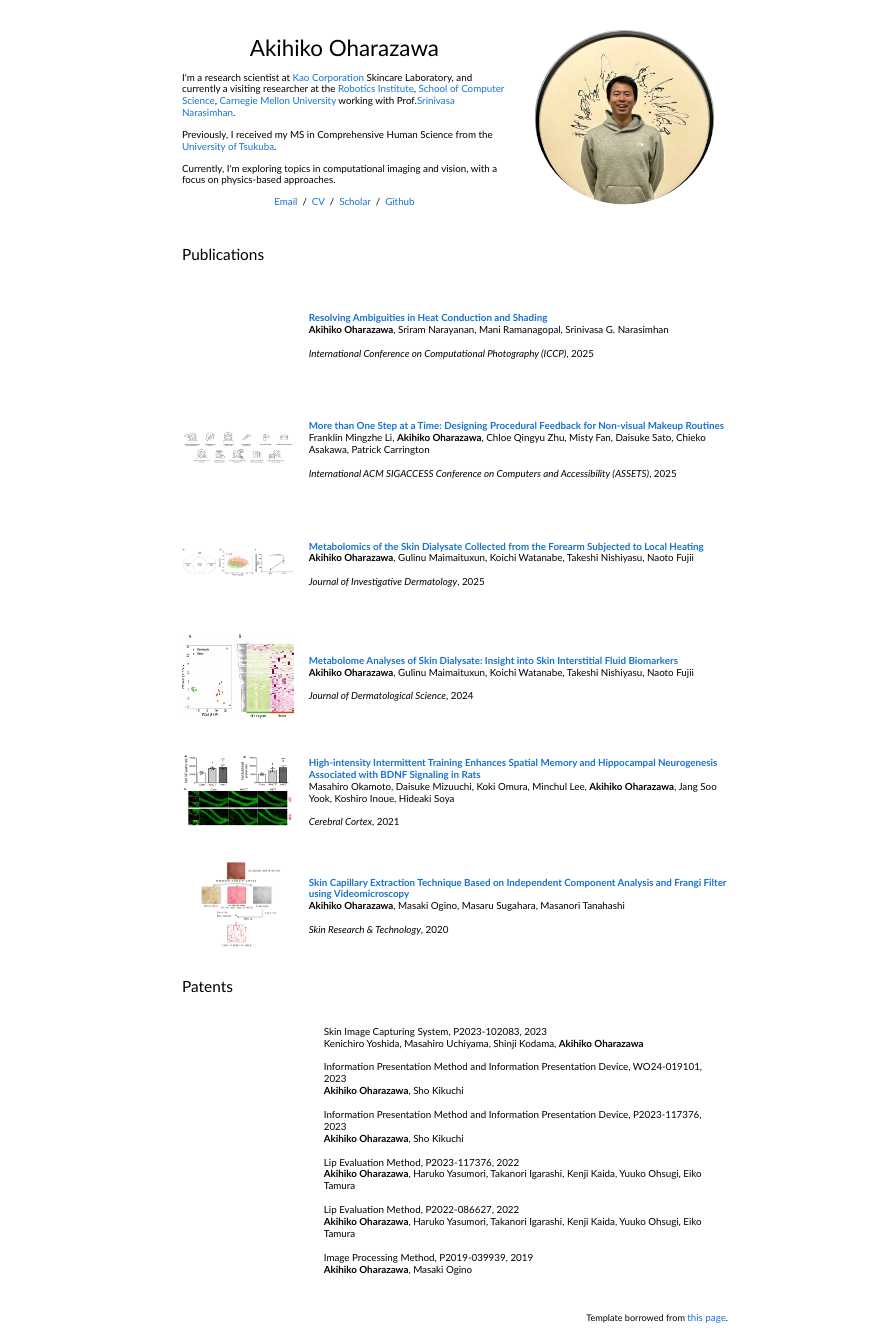
Repository: akihikooharazawa/akihikooharazawa.github.io
Page: index.html
An editor plug-in stored every save of this project. The page is shown before and after a run of saves, followed by the edit.
The browser window is 1280 px wide. The pictures show the whole page, at 70% of full size.
Pictures or frames that could not be fetched are drawn as grey boxes.

Above is the page before, as saved 2025-07-25 12:18:18.

After the next 3 saves:
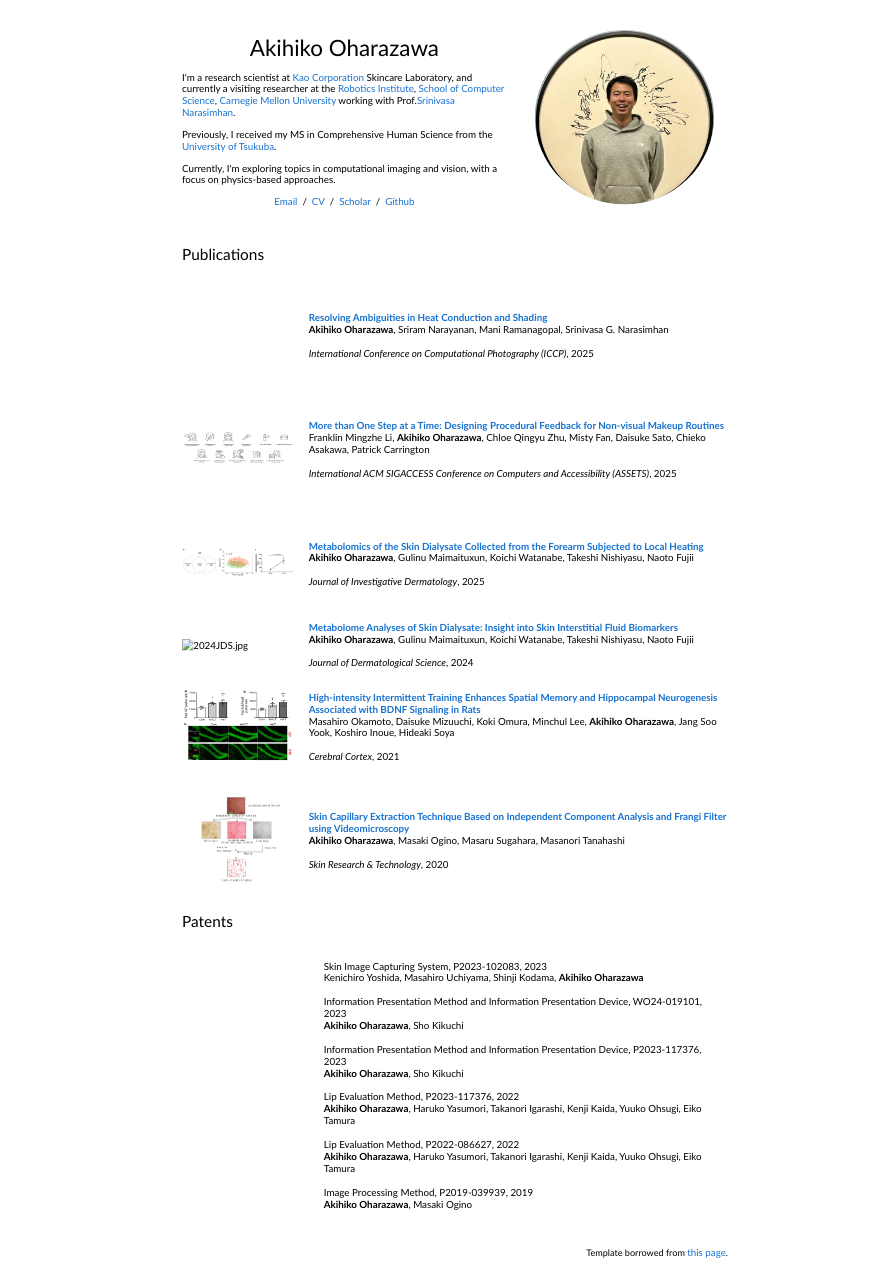
Not found: static/images/2024JDS.jpg
The 3 saves are shown as one change because they came seconds apart.
The last was saved 108 s later.
--- a/index.html
+++ b/index.html
@@ -125,7 +125,7 @@
             <!-- JDS 2025 -->
             <tr>
               <td style="padding:20px;width:25%;vertical-align:middle">
-                <img src="static/images/isf_metabolomics.jpg" alt="isf_metabolomics" width="160" height="120" style="border-style: none">
+                <img src="static/images/2024JDS.jpg" alt="2024JDS.jpg" width="160" height="120" style="border-style: none">
               </td>
               <td width="75%" valign="middle">
                 <a href="https://www.jdsjournal.com/article/S0923-1811(24)00066-5/fulltext">

After the save that followed:
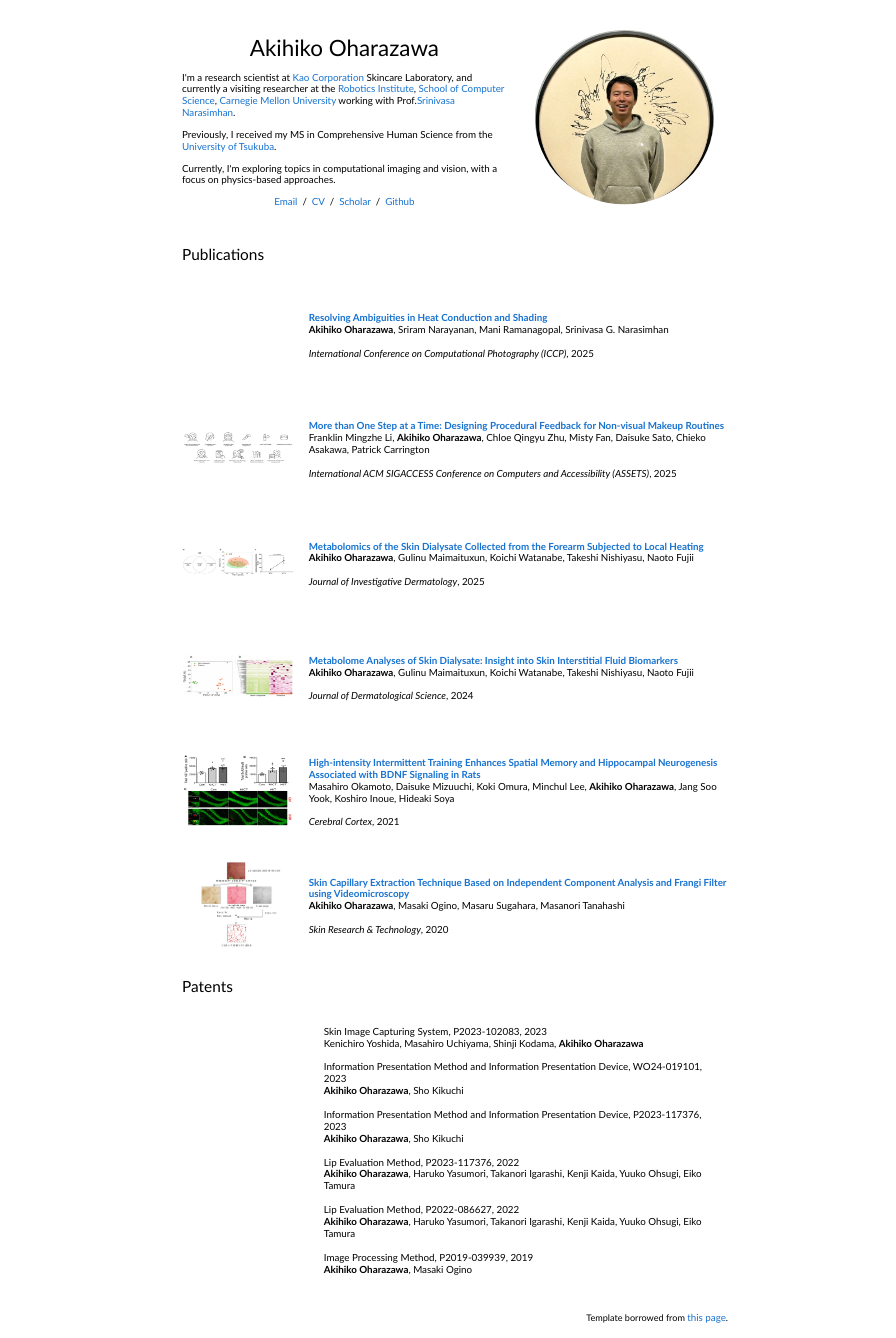
Saved 4 s later.
--- a/index.html
+++ b/index.html
@@ -125,7 +125,7 @@
             <!-- JDS 2025 -->
             <tr>
               <td style="padding:20px;width:25%;vertical-align:middle">
-                <img src="static/images/2024JDS.jpg" alt="2024JDS.jpg" width="160" height="120" style="border-style: none">
+                <img src="static/images/2024JDS.png" alt="2024JDS.jpg" width="160" height="120" style="border-style: none">
               </td>
               <td width="75%" valign="middle">
                 <a href="https://www.jdsjournal.com/article/S0923-1811(24)00066-5/fulltext">
